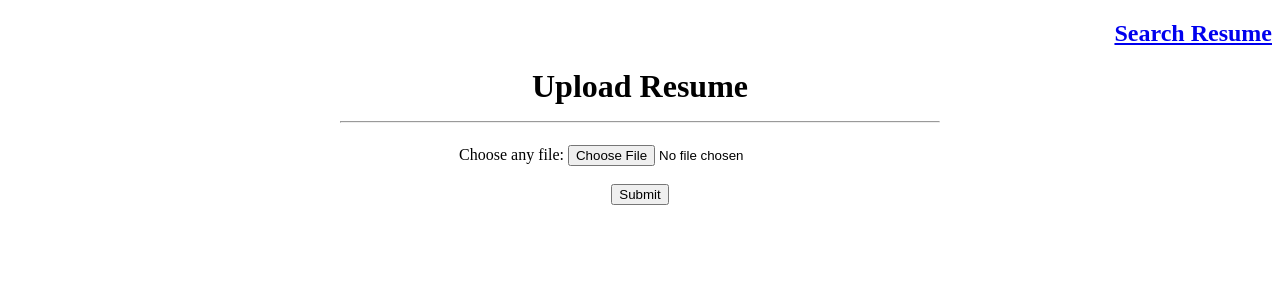
Repository: prashantsuman07/Manthan-ELF-16-OCT-19-Prashant-Suman
Page: http://localhost/Resume_Finder_Java_Application/JSP/UploadResume.jsp
These files come from the project's save history. The page is drawn as it stood at one moment and after the next save; the edit follows.
The browser window is 1280 px wide. The pictures show the whole page.
The page is served by Tomcat 9.

Above is the page before, as saved 2019-12-02 12:14:09.

After the next save:
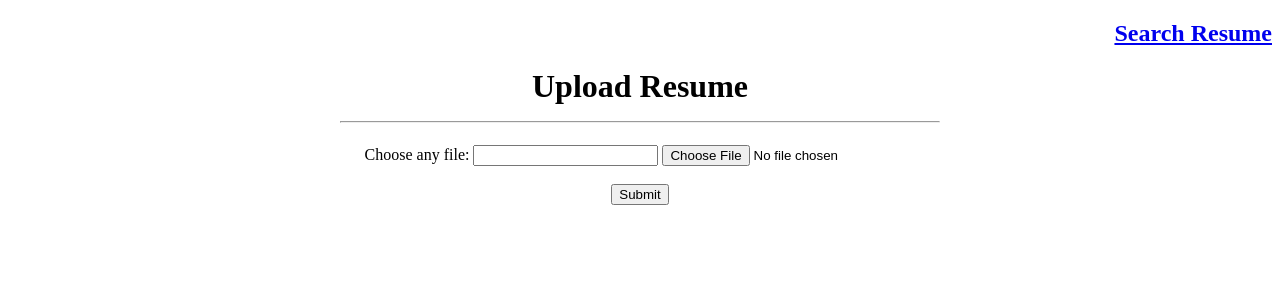
Saved 4 min 33 s later.
--- a/PLP_FinalEvaluation_JAVA/Resume_Finder_Java_Application/WebContent/JSP/UploadResume.jsp
+++ b/PLP_FinalEvaluation_JAVA/Resume_Finder_Java_Application/WebContent/JSP/UploadResume.jsp
@@ -19,9 +19,16 @@
 <h1 align="Center">Upload Resume<hr></h1>
 <form action="" method="get" align="center">
 <label>Choose any file:</label>
-<input name="userfile" type="file" accept="application/pdf, application/msword"/><br><br>
+<input type="text" value="" id="aa">
+<input name="userfile" id="abcd" type="file" accept="application/pdf, application/msword"/><br><br>
 <input type="submit" name="Upload Resume">
 </form>
 </div>
+<script type="text/javascript">
+function name() {
+	var x=document.getElementById("abcd");
+	document.getElementById("abcd")
+}
+</script>
 </body>
 </html>

After the 3 saves that followed:
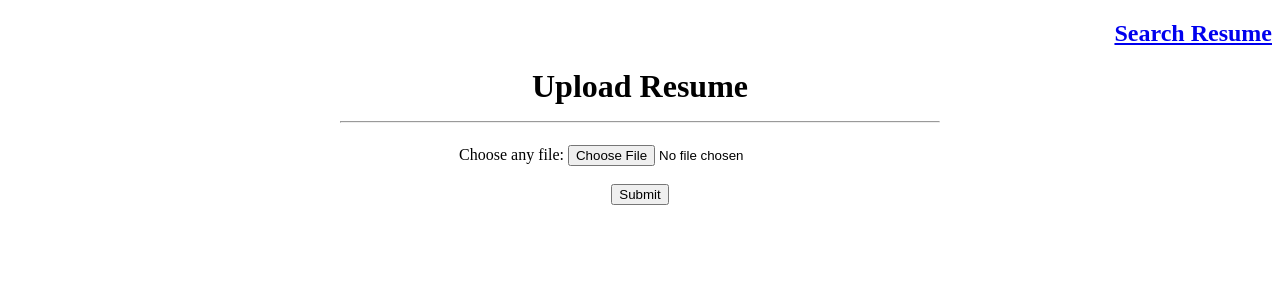
The 3 saves are shown as one change because 2 left the picture as it was.
The last was saved 2 min 57 s later.
--- a/PLP_FinalEvaluation_JAVA/Resume_Finder_Java_Application/WebContent/JSP/UploadResume.jsp
+++ b/PLP_FinalEvaluation_JAVA/Resume_Finder_Java_Application/WebContent/JSP/UploadResume.jsp
@@ -19,16 +19,9 @@
 <h1 align="Center">Upload Resume<hr></h1>
 <form action="" method="get" align="center">
 <label>Choose any file:</label>
-<input type="text" value="" id="aa">
-<input name="userfile" id="abcd" type="file" accept="application/pdf, application/msword"/><br><br>
+<input name="userfile" type="file" accept="application/pdf, application/msword"/><br><br>
 <input type="submit" name="Upload Resume">
 </form>
 </div>
-<script type="text/javascript">
-function name() {
-	var x=document.getElementById("abcd");
-	document.getElementById("abcd")
-}
-</script>
 </body>
 </html>
